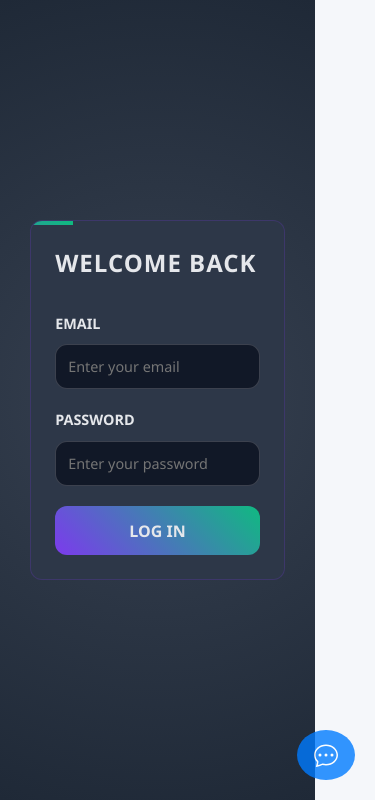
Repository: ferhadsultan98/e-commerce
Page: /
These files come from the project's save history. The page is drawn as it stood at one moment and after a run of saves; the edit follows.
The browser window is 375 px wide. The pictures show the whole page.
The project was rebuilt for these pictures with package versions that can differ from the ones it lists, and the page was loaded fresh each time. Also part of the build but not shown: vite.config.js, src/client/Styles/Products.scss, src/client/Pages/Products/ProductCard.jsx, src/client/Pages/Products/Products.jsx, src/client/Styles/TechSlider.scss, src/client/Pages/TechSlider/TechSlider.jsx, src/client/Styles/TopHeader.scss, src/client/Components/Header/TopHeader.jsx and 28 more.

Above is the page before, as saved 2025-04-22 17:07:10.

### index.html
<!doctype html>
<html lang="en">
  <head>
    <meta charset="UTF-8" />
<link rel="shortcut icon" href="/src/client/Assets/bluelogo.png" type="image/x-icon">
    <meta name="viewport" content="width=device-width, initial-scale=1.0" />
    <title>TechStore</title>
  </head>
  <body>
    <div id="root"></div>
    <script type="module" src="/src/main.jsx"></script>
  </body>
</html>

### src/App.jsx
import React, { useState, useEffect } from 'react';
import './App.scss';
import Router from './Router';
import ChatWidget from './client/Components/Chat/ChatWidget';
import ScrollButton from './client/Components/ScrollButton/ScrollButton';

function App() {
  const [isAuthenticated, setIsAuthenticated] = useState(
    sessionStorage.getItem('isAuthenticated') === 'true'
  );

  useEffect(() => {
    sessionStorage.setItem('isAuthenticated', isAuthenticated);
  }, [isAuthenticated]);

  const handleLogin = () => {
    setIsAuthenticated(true);
  };

  const handleLogout = () => {
    setIsAuthenticated(false);
    sessionStorage.removeItem('isAuthenticated');
  };

  return (
    <>
    <Router
      isAuthenticated={isAuthenticated}
      handleLogin={handleLogin}
      handleLogout={handleLogout}
    />
    <ChatWidget/>
    <ScrollButton/>
    </>
  );
}

export default App;

### src/App.scss
*{
  margin: 0;
  padding: 0;
  box-sizing: border-box;
  font-family: 'Segoe UI', Tahoma, Geneva, Verdana, sans-serif;
}
body{
  background-color: #f5f7fa;
}

### src/Router.jsx
import { BrowserRouter, Routes, Route, Navigate } from "react-router-dom";
import Login from "./client/Components/Login/Login";
import Products from "./client/Pages/Products/Products";
import TechLogoSlider from "./client/Pages/TechSlider/TechSlider";
import Layout from "./client/Components/Layout/Layout";
import productData from "./client/Pages/Products/Products.json";
import ProductFeatures from "./client/Pages/ProductFeatures/ProductFeatures";
import Category from "./client/Pages/Category/Category";
import SubCategory from "./client/Pages/SubCategory/SubCategory";
import { useState } from "react";
import ShoppingCard from "./client/Pages/ShoppingCard/ShoppingCard";
import WishList from "./client/Pages/WishList/WishList";
import Exa from "./client/Pages/Exa/Exa";
import HeroShowcase from "./client/Pages/HeroShowCase/HeroShowCase";
import SearchPage from "./client/Pages/SearchPage/SearchPage";
import MainPage from "./client/Pages/MainPage/MainPage";
import Stores from "./client/Pages/Stores/Stores";

const PrivateRoute = ({ children, isAuthenticated }) => {
  return isAuthenticated ? children : <Navigate to="/login" />;
};

const Router = ({ isAuthenticated, handleLogin, handleLogout }) => {
  const [wishlistItems, setWishlistItems] = useState([]);
  const [cartItems, setCartItems] = useState([]);

  const handleAddToWishlist = (product) => {
    if (!wishlistItems.some((item) => item.id === product.id)) {
      setWishlistItems((prev) => [...prev, product]);
    }
  };

  const handleAddToCart = (product) => {
    if (!cartItems.some((item) => item.id === product.id)) {
      setCartItems((prev) => [...prev, product]);
    }
  };

  const handleRemoveFromWishlist = (productId) => {
    setWishlistItems((prev) => prev.filter((item) => item.id !== productId));
  };

  const handleRemoveFromCart = (productId) => {
    setCartItems((prev) => prev.filter((item) => item.id !== productId));
  };

  return (
    <BrowserRouter>
      <Routes>
        <Route path="/login" element={<Login onLogin={handleLogin} />} />
        <Route
          path="/"
          element={
            <PrivateRoute isAuthenticated={isAuthenticated}>
              <Layout onLogout={handleLogout}>
                <MainPage/>
                <TechLogoSlider />
                <Products
                  onAddToWishlist={handleAddToWishlist}
                  onAddToCart={handleAddToCart}
                />

                <Exa />
                <HeroShowcase />

              </Layout>
            </PrivateRoute>
          }
        />
        <Route
          path="/category/:categoryId"
          element={
            <PrivateRoute isAuthenticated={isAuthenticated}>
              <Layout onLogout={handleLogout}>
                <Category
                  onAddToWishlist={handleAddToWishlist}
                  onAddToCart={handleAddToCart}
                />
              </Layout>
            </PrivateRoute>
          }
        />
        <Route
          path="/category/:categoryId/:subCategoryId"
          element={
            <PrivateRoute isAuthenticated={isAuthenticated}>
              <Layout onLogout={handleLogout}>
                <SubCategory
                  categories={productData.categories}
                  subCategories={productData.subCategories}
                  onAddToWishlist={handleAddToWishlist}
                  onAddToCart={handleAddToCart}
                />
              </Layout>
            </PrivateRoute>
          }
        />
        <Route
          path="/product/:productId/features"
          element={
            <PrivateRoute isAuthenticated={isAuthenticated}>
              <Layout onLogout={handleLogout}>
                <ProductFeatures />
              </Layout>
            </PrivateRoute>
          }
        />
        <Route
          path="/wishlist"
          element={
            <PrivateRoute isAuthenticated={isAuthenticated}>
              <Layout onLogout={handleLogout}>
                <WishList
                  wishlistItems={wishlistItems}
                  onRemoveFromWishlist={handleRemoveFromWishlist}
                />
              </Layout>
            </PrivateRoute>
          }
        />
        <Route
          path="/shoppingcard"
          element={
            <PrivateRoute isAuthenticated={isAuthenticated}>
              <Layout onLogout={handleLogout}>
                <ShoppingCard
                  cartItems={cartItems}
                  onRemoveFromCart={handleRemoveFromCart}
                />
              </Layout>
            </PrivateRoute>
          }
        />
        <Route
          path="/search"
          element={
            <PrivateRoute isAuthenticated={isAuthenticated}>
              <Layout onLogout={handleLogout}>
                <SearchPage
                  onAddToWishlist={handleAddToWishlist}
                  onAddToCart={handleAddToCart}
                />
              </Layout>
            </PrivateRoute>
          }
        />
         <Route
          path="/stores"
          element={
            <PrivateRoute isAuthenticated={isAuthenticated}>
              <Layout onLogout={handleLogout}>
                <Stores
                  onAddToWishlist={handleAddToWishlist}
                  onAddToCart={handleAddToCart}
                />
              </Layout>
            </PrivateRoute>
          }
        />
        <Route
          path="*"
          element={
            isAuthenticated ? <Navigate to="/" /> : <Navigate to="/login" />
          }
        />
      </Routes>
    </BrowserRouter>
  );
};

export default Router;

### src/client/Components/ScrollButton/ScrollButton.jsx
import React, { useState, useEffect } from "react";
import "../../Styles/ScrollButton.scss";
import { FaChevronUp } from "react-icons/fa";

const ScrollButton = () => {
  const [isVisible, setIsVisible] = useState(false);

  // Butonun görünürlüğünü kontrol et
  useEffect(() => {
    const toggleVisibility = () => {
      if (window.pageYOffset > 300) {
        setIsVisible(true);
      } else {
        setIsVisible(false);
      }
    };

    window.addEventListener("scroll", toggleVisibility);
    return () => window.removeEventListener("scroll", toggleVisibility);
  }, []);

  const scrollToTop = () => {
    const scrollStep = (timestamp) => {
      const start = performance.now();
      const duration = 800; // Animasyon süresi (ms)
      const easeInOutQuad = (t) => (t < 0.5 ? 2 * t * t : -1 + (4 - 2 * t) * t);

      const step = () => {
        const progress = Math.min((performance.now() - start) / duration, 1);
        const easing = easeInOutQuad(progress);
        window.scrollTo(0, (1 - easing) * window.pageYOffset);

        if (progress < 1) {
          requestAnimationFrame(step);
        }
      };

      requestAnimationFrame(step);
    };

    requestAnimationFrame(scrollStep);
  };

  return (
    <>
      {isVisible && (
        <button className="scroll-to-top" onClick={scrollToTop}>
          <FaChevronUp />
        </button>
      )}
    </>
  );
};

export default ScrollButton;

### src/client/Components/Login/Login.jsx
import React, { useState } from 'react';
import { useNavigate } from 'react-router-dom';
import '../../Styles/Login.scss';

const Login = ({ onLogin }) => {
  const [email, setEmail] = useState('');
  const [password, setPassword] = useState('');
  const [error, setError] = useState(null);
  const [loading, setLoading] = useState(false);

  const navigate = useNavigate();

  const handleLogin = async (e) => {
    e.preventDefault();
    setError(null);
    setLoading(true);

    try {
      // Simple authentication logic
      if (email && password) {
        sessionStorage.setItem('isAuthenticated', 'true');
        onLogin();
        navigate('/');
      } else {
        throw new Error('Invalid email or password');
      }
    } catch (error) {
      setError(error.message || 'An error occurred. Please try again.');
    } finally {
      setLoading(false);
    }
  };

  return (
    <div className="loginContainer">
      <div className="loginCard">
        <h2>Welcome Back</h2>
        {error && <div className="errorMessage">{error}</div>}
        <form onSubmit={handleLogin}>
          <div className="inputGroup">
            <label htmlFor="email">Email</label>
            <input
              type="email"
              id="email"
              value={email}
              onChange={(e) => setEmail(e.target.value)}
              placeholder="Enter your email"
              required
              disabled={loading}
            />
          </div>
          <div className="inputGroup">
            <label htmlFor="password">Password</label>
            <input
              type="password"
              id="password"
              value={password}
              onChange={(e) => setPassword(e.target.value)}
              placeholder="Enter your password"
              required
              disabled={loading}
            />
          </div>
          <button type="submit" className="loginBtn" disabled={loading}>
            {loading ? 'Logging In...' : 'Log In'}
          </button>
        </form>
      </div>
    </div>
  );
};

export default Login;

### src/client/Styles/ChatWidget.scss
.chatWidget {
  position: fixed;
  bottom: 20px;
  right: 20px;
  z-index: 3000;
  font-family: "Segoe UI", Tahoma, Geneva, Verdana, sans-serif;

  ::-webkit-scrollbar {
    width: 6px;
    height: 6px;
  }

  ::-webkit-scrollbar-track {
    background: transparent;
  }

  ::-webkit-scrollbar-thumb {
    background-color: #888;
    border-radius: 10px;
  }

  ::-webkit-scrollbar-thumb:hover {
    background-color: #555;
  }

  ::-webkit-scrollbar-button {
    display: none;
    height: 0;
    width: 0;
    background: transparent;
  }

  * {
    scrollbar-width: thin;
    scrollbar-color: #888 transparent;
  }

  .chatButton {
    position: fixed;
    bottom: 20px;
    right: 20px;
    width: 50px;
    height: 50px;
    background-color: #007bff;
    color: white;
    border: none;
    border-radius: 50%;
    cursor: pointer;
    font-size: 24px;
    display: flex;
    align-items: center;
    justify-content: center;
    transition: background-color 0.3s ease, transform 0.2s ease,
      opacity 0.3s ease;
    opacity: 0.8;
    z-index: 7;

    &:hover {
      background-color: #0056b3;
      transform: scale(1.1);
      opacity: 1;
    }

    i {
      display: flex;
      font-size: 24px;
    }

    &.active {
      background-color: #0044cc;
      transform: scale(0.95);
      box-shadow: 0 2px 8px rgba(0, 102, 255, 0.4);
    }
  }

  .chatContainer {
    position: fixed;
    bottom: 80px;
    right: 20px;
    width: 350px;
    height: 500px;
    background-color: white;
    border-radius: 12px;
    box-shadow: 0 10px 25px rgba(0, 0, 0, 0.1);
    display: flex;
    flex-direction: column;
    transform: translateY(20px);
    opacity: 0;
    pointer-events: none;
    transition: all 0.4s cubic-bezier(0.175, 0.885, 0.32, 1.275);
    overflow: hidden;

    &.open {
      transform: translateY(0);
      opacity: 1;
      pointer-events: all;
    }

    .chatHeader {
      background-color: #0066ff;
      color: white;
      padding: 16px;
      display: flex;
      justify-content: space-between;
      align-items: center;

      h3 {
        margin: 0;
        font-size: 18px;
      }

      .closeButton {
        background: none;
        border: none;
        color: white;
        font-size: 24px;
        cursor: pointer;
        width: 30px;
        height: 30px;
        display: flex;
        align-items: center;
        justify-content: center;
        border-radius: 50%;
        transition: background-color 0.2s;

        &:hover {
          background-color: rgba(255, 255, 255, 0.2);
        }
      }
    }

    .chatMessages {
      flex: 1;
      padding: 16px;
      overflow-y: auto;
      display: flex;
      flex-direction: column;
      gap: 12px;

      .welcomeMessage {
        background-color: #f1f5ff;
        padding: 14px;
        border-radius: 12px;
        align-self: flex-start;
        max-width: 80%;
        position: relative;
        animation: fadeIn 0.5s ease-out;

        p {
          margin: 0 0 12px 0;
        }

        .messageTime,
        .messageDate {
          font-size: 11px;
          color: #888;
          margin-right: 8px;
        }
      }

      .message {
        display: flex;
        margin-bottom: 8px;
        animation: fadeIn 0.5s ease-out;

        .messageContent {
          padding: 12px;
          border-radius: 12px;
          max-width: 80%;
          position: relative;

          p {
            margin: 0 0 6px 0;
            word-wrap: break-word;
          }

          .messageMetadata {
            display: flex;
            font-size: 11px;
            color: #888;
            margin-top: 4px;

            .messageTime {
              margin-right: 8px;
            }
          }
        }

        &.userMessage {
          justify-content: flex-end;

          .messageContent {
            background-color: #0066ff;
            color: white;
            border-bottom-right-radius: 4px;

            .messageMetadata {
              color: rgba(255, 255, 255, 0.8);
            }
          }
        }

        &.botMessage {
          justify-content: flex-start;

          .messageContent {
            background-color: #f1f5ff;
            color: #333;
            border-bottom-left-radius: 4px;
          }
        }

        &.operatorMessage {
          justify-content: flex-start;

          .messageContent {
            background-color: #ffd166;
            color: #333;
            border-bottom-left-radius: 4px;
          }
        }
      }

      .quickQuestions {
        margin-top: 16px;
        display: flex;
        flex-direction: column;
        gap: 8px;
        animation: fadeIn 0.6s ease-out;

        p {
          margin: 0 0 8px 0;
          font-size: 14px;
          color: #666;
        }

        .quickQuestion {
          background-color: #f1f5ff;
          border: 1px solid #e1e5ff;
          border-radius: 18px;
          padding: 10px 16px;
          font-size: 14px;
          cursor: pointer;
          transition: all 0.2s;
          text-align: left;

          &:hover {
            background-color: #e1e5ff;
            transform: translateY(-1px);
          }

          &:active {
            transform: translateY(1px);
          }
        }
      }

      .operatorOption {
        display: flex;
        justify-content: center;
        margin-top: 16px;
        animation: fadeIn 0.5s ease-out;

        button {
          background-color: #0066ff;
          color: white;
          border: none;
          border-radius: 18px;
          padding: 10px 20px;
          font-size: 14px;
          cursor: pointer;
          transition: all 0.2s;

          &:hover {
            background-color: #0044cc;
          }
        }
      }
    }

    .chatInputForm {
      display: flex;
      gap: 8px;
      padding: 12px;
      background-color: #f9f9f9;
      border-top: 1px solid #eee;

      input {
        flex: 1;
        padding: 12px 16px;
        border: 1px solid #ddd;
        border-radius: 24px;
        font-size: 14px;

        &:focus {
          outline: none;
          border-color: #0066ff;
        }
      }

      .emojiButton,
      .sendButton {
        width: 40px;
        height: 40px;
        border-radius: 50%;
        display: flex;
        align-items: center;
        justify-content: center;
        cursor: pointer;
        border: none;
        transition: all 0.2s;
      }

      .emojiButton {
        background-color: #f1f5ff;
        color: #666;

        &:hover {
          background-color: #e1e5ff;
        }
      }

      .sendButton {
        background-color: #0066ff;
        color: white;

        &:hover {
          background-color: #0044cc;
        }

        &:before {
          content: "→";
          font-size: 20px;
        }
      }
    }
  }
}

@keyframes fadeIn {
  from {
    opacity: 0;
    transform: translateY(10px);
  }
  to {
    opacity: 1;
    transform: translateY(0);
  }
}

@media screen and (max-width: 768px) {
  .chatWidget {
    .chatContainer {
      width: 300px;
      height: 450px;
      bottom: 70px;
    }
  }
}

@media screen and (max-width: 480px) {
  .chatWidget {
    bottom: 0;
    right: 0;

    .chatButton {
      border-radius: 50%;
      width: 0px;
      height: 50px;
      position: fixed;
    }

    .chatContainer {
      width: 100%;
      height: calc(100vh - 120px);
      bottom: 60px;
      right: 0;
      border-radius: 0;

      &.open {
        bottom: 45px;
      }
    }
  }
}

### src/client/Styles/Login.scss
/* Variables */
$primary-color: #7c3aed;
$background-color: #1f2937;
$card-bg: #2d3748;
$accent-color: #10b981;
$error-color: #ef4444;
$text-color: #e5e7eb;
$border-radius: 12px;
$glow-shadow: 0 0 12px rgba($primary-color, 0.3);

/* Base styles */
.loginContainer {
  display: flex;
  justify-content: center;
  align-items: center;
  min-height: 100vh;
  background: radial-gradient(circle at center, #374151 0%, $background-color 100%);
  padding: 1.5rem;
}

.loginCard {
  background: $card-bg;
  padding: 2.5rem;
  border-radius: $border-radius;
  border: 1px solid rgba($primary-color, 0.2);
  width: 100%;
  max-width: 420px;
  position: relative;
  overflow: hidden;
  transition: all 0.3s ease;

  &::before {
    content: '';
    position: absolute;
    top: 0;
    left: 0;
    width: 100%;
    height: 4px;
    background: linear-gradient(90deg, $primary-color, $accent-color);
    animation: slideGlow 3s infinite;
  }

  h2 {
    color: $text-color;
    font-size: 2rem;
    font-weight: 700;
    margin-bottom: 2rem;
    text-transform: uppercase;
    letter-spacing: 1px;
  }
}

@keyframes slideGlow {
  0% { transform: translateX(-100%); }
  50% { transform: translateX(100%); }
  100% { transform: translateX(-100%); }
}

.errorMessage {
  background: rgba($error-color, 0.2);
  color: $error-color;
  padding: 1rem;
  border-radius: $border-radius;
  margin-bottom: 1.5rem;
  font-size: 0.9rem;
  border-left: 4px solid $error-color;
}

.inputGroup {
  margin-bottom: 1.5rem;
  position: relative;
  display: flex;
  flex-direction: column;

  label {
    display: block;
    color: $text-color;
    font-size: 0.9rem;
    font-weight: 600;

    text-transform: uppercase;
  }

  input {
    width: 100%;
    padding: 0.85rem;
    background: #111827;
    border: 1px solid rgba($text-color, 0.2);
    border-radius: $border-radius;
    color: $text-color;
    font-size: 0.9rem;
    transition: all 0.3s ease;

    &:focus {
      outline: none;
      border-color: $primary-color;
      box-shadow: $glow-shadow;
    }

    &:disabled {
      background: #1f2937;
      opacity: 0.6;
      cursor: not-allowed;
    }
  }
}

.loginBtn {
  width: 100%;
  padding: 1rem;
  background: linear-gradient(45deg, $primary-color, $accent-color);
  color: $text-color;
  border: none;
  border-radius: $border-radius;
  font-size: 1rem;
  font-weight: 600;
  text-transform: uppercase;
  cursor: pointer;
  transition: all 0.3s ease;
  position: relative;
  overflow: hidden;

  &:hover:not(:disabled) {
    transform: scale(1.02);
    box-shadow: $glow-shadow;
  }

  &:disabled {
    background: #4b5563;
    cursor: not-allowed;
  }

  &::after {
    content: '';
    position: absolute;
    top: 50%;
    left: 50%;
    width: 0;
    height: 0;
    background: rgba(255, 255, 255, 0.2);
    border-radius: 50%;
    transform: translate(-50%, -50%);
    transition: all 0.4s ease;
  }

  &:hover::after {
    width: 200%;
    height: 200%;
  }
}

/* Responsive design */
@media (max-width: 640px) {
  .loginCard {
    padding: 2rem;
    max-width: 90%;

    h2 {
      font-size: 1.75rem;
    }
  }

  .inputGroup {
    margin-bottom: 1.25rem;

    input {
      padding: 0.75rem;
    }
  }

  .loginBtn {
    padding: 0.85rem;
  }
}

@media (max-width: 480px) {
  .loginContainer {
    padding: 1rem;
  }

  .loginCard {
    padding: 1.5rem;

    h2 {
      font-size: 1.5rem;
    }
  }

  .errorMessage {
    padding: 0.75rem;
    font-size: 0.85rem;
  }
}

### src/client/Styles/Footer.scss
.footerWrapper {
    background-color: #1a202c;
    color: #e2e8f0;
    font-family: "Inter", sans-serif;
    padding-top: 60px;
  }

  .footerContainer {
    max-width: 1280px;
    margin: 0 auto;
    padding: 0 20px;
  }

  .footerTop {
    border-bottom: 1px solid #4a5568;
    padding-bottom: 40px;
  }

  .footerTop .footerContainer {
    display: grid;
    grid-template-columns: repeat(auto-fit, minmax(200px, 1fr));
    gap: 30px;
  }

  .footerColumn {
    display: flex;
    flex-direction: column;
    gap: 20px;
  }

  .footerLogo {
    h2 {
      font-size: 24px;
      font-weight: 700;
      color: #ffffff;
      margin-bottom: 10px;
    }

    p {
      font-size: 14px;
      color: #a0aec0;
    }
  }

  .footerSocial {
    display: flex;
    gap: 15px;

    .socialIcon {
      color: #a0aec0;
      transition: color 0.3s ease;

      &:hover {
        color: #3182ce;
      }
    }
  }

  .footerColumn h3 {
    font-size: 18px;
    font-weight: 600;
    color: #ffffff;
    margin-bottom: 15px;
  }

  .footerLinks {
    list-style: none;
    padding: 0;
    margin: 0;
    display: flex;
    flex-direction: column;
    gap: 10px;

    li {
      a {
        color: #a0aec0;
        text-decoration: none;
        font-size: 14px;
        transition: color 0.3s ease;

        &:hover {
          color: #3182ce;
        }
      }
    }
  }

  .subscribeColumn {
    max-width: 300px;

    p {
      font-size: 14px;
      color: #a0aec0;
      margin-bottom: 20px;
    }
  }

  .subscribeForm {
    display: flex;
    flex-direction: column;
    gap: 10px;
  }

  .inputGroup {
    display: flex;
    gap: 10px;
  }

  .subscribeForm input {
    flex: 1;
    padding: 10px 15px;
    border: 1px solid #4a5568;
    background-color: #2d3748;
    color: #e2e8f0;
    border-radius: 4px;
    font-size: 14px;
    outline: none;

    &::placeholder {
      color: #a0aec0;
    }

    &.inputError {
      border-color: #e53e3e;
    }
  }

  .subscribeButton {
    padding: 10px 20px;
    background-color: #3182ce;
    border: none;
    border-radius: 4px;
    color: #ffffff;
    font-size: 14px;
    font-weight: 500;
    cursor: pointer;
    transition: background-color 0.3s ease;

    &:hover {
      background-color: #2b6cb0;
    }
  }

  .statusMessage {
    font-size: 13px;
    padding: 8px;
    border-radius: 4px;
    text-align: center;

    &.successMessage {
      background-color: #2f855a;
      color: #ffffff;
    }

    &.errorMessage {
      background-color: #e53e3e;
      color: #ffffff;
    }
  }

  .footerBottom {
    padding: 20px 0;
    font-size: 14px;
  }

  .footerBottom .footerContainer {
    display: flex;
    justify-content: space-between;
    align-items: center;
    flex-wrap: wrap;
    gap: 20px;
  }

  .footerCopyright {
    color: #a0aec0;
  }

  .footerLegal {
    display: flex;
    gap: 20px;

    a {
      color: #a0aec0;
      text-decoration: none;
      transition: color 0.3s ease;

      &:hover {
        color: #3182ce;
      }
    }
  }

  /* Responsive Styles */
  @media screen and (max-width: 992px) {
    .footerTop .footerContainer {
      grid-template-columns: repeat(auto-fit, minmax(180px, 1fr));
    }

    .subscribeColumn {
      max-width: 100%;
    }
  }

  @media screen and (max-width: 768px) {
    .footerWrapper {
      padding-top: 40px;
    }

    .footerTop {
      padding-bottom: 30px;
    }

    .footerTop .footerContainer {
      gap: 20px;
    }

    .footerLogo h2 {
      font-size: 20px;
    }

    .footerColumn h3 {
      font-size: 16px;
    }

    .footerLinks li a {
      font-size: 13px;
    }

    .subscribeForm input,
    .subscribeButton {
      font-size: 13px;
    }
  }

  @media screen and (max-width: 576px) {
    .footerBottom .footerContainer {
      flex-direction: column;
      align-items: flex-start;
    }

    .footerLegal {
      flex-direction: column;
      gap: 10px;
    }

    .inputGroup {
      flex-direction: column;
    }

    .subscribeButton {
      width: 100%;
      text-align: center;
    }
  }

Loaded but not shown: src/main.jsx (common file); src/index.css (common file); src/client/Pages/Products/Products.json (1077 lines, source omitted); src/client/Components/Chat/ChatWidget.jsx (249 lines, source omitted)

After the next 2 saves:
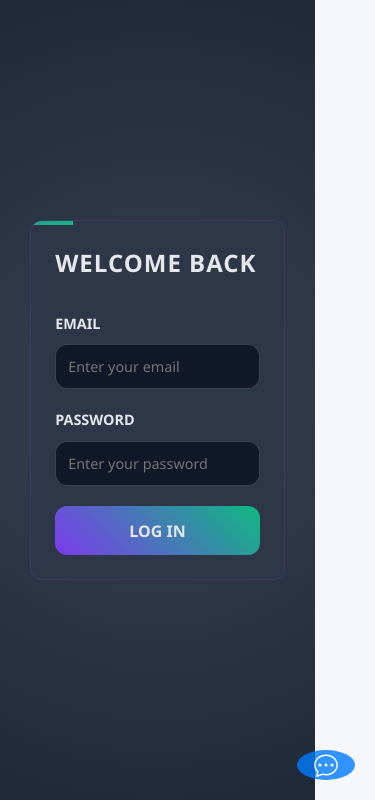
The 2 saves are shown as one change because they came seconds apart.
The last was saved 8 s later.
--- a/src/client/Styles/ChatWidget.scss
+++ b/src/client/Styles/ChatWidget.scss
@@ -365,8 +365,8 @@
 
     .chatButton {
       border-radius: 50%;
-      width: 0px;
-      height: 50px;
+      width: 30px;
+      height: 30px;
       position: fixed;
     }
 
